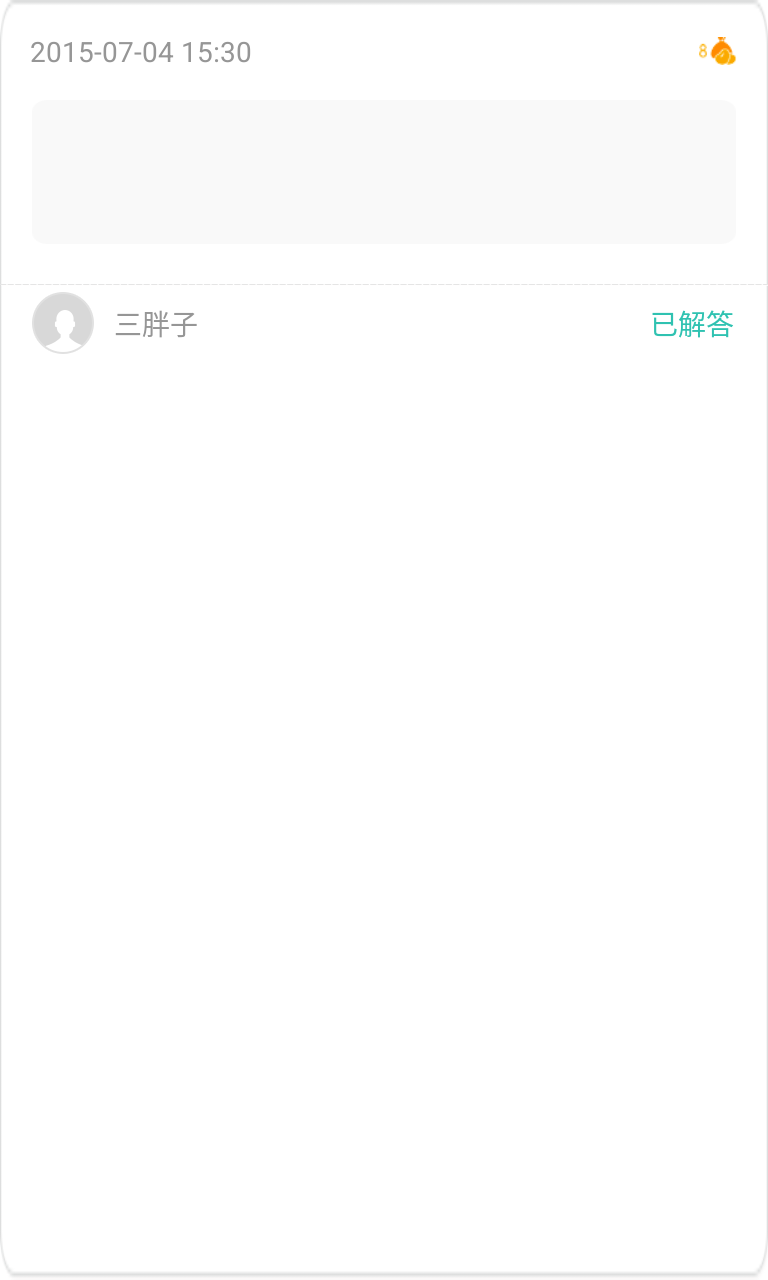
Repository: 2015-Forever/JWD
Layout: Jwd/res/layout/item_collect.xml
The author's editor kept a copy of each file at every save. The layout is drawn from the files as they stood at one save, then again after the next save.
It is drawn on a 768 x 1280 px phone screen (xhdpi) without system bars, with theme AppTheme; the app's code is not run.

Above is the layout before, as saved 2015-07-16 08:25:03.

### Jwd/res/layout/item_collect.xml
<?xml version="1.0" encoding="utf-8"?>
<RelativeLayout xmlns:android="http://schemas.android.com/apk/res/android"
    android:layout_width="match_parent"
    android:layout_height="wrap_content"
    android:background="@drawable/topic_rectangle" >

    <LinearLayout
        android:id="@+id/time_ll"
        android:layout_width="match_parent"
        android:layout_height="wrap_content"
        android:layout_marginLeft="15dp"
        android:layout_marginRight="15dp"
        android:gravity="center_vertical"
        android:orientation="horizontal"
        android:paddingBottom="15dp"
        android:paddingTop="16dp" >

        <TextView
            android:id="@+id/time_tv"
            android:layout_width="wrap_content"
            android:layout_height="wrap_content"
            android:text="2015-07-04 15:30"
            android:textColor="#969696" />

        <TextView
            android:layout_width="0dp"
            android:layout_height="wrap_content"
            android:layout_weight="1" />

        <ImageView
            android:layout_width="20dp"
            android:layout_height="14dp"
            android:background="@drawable/topic_integral" />
    </LinearLayout>

    <ImageView
        android:id="@+id/main_iv"
        android:layout_width="match_parent"
        android:layout_height="72dp"
        android:layout_below="@id/time_ll"
        android:layout_marginLeft="16dp"
        android:layout_marginRight="16dp"
        android:background="@drawable/topic_picture" />

    <View
        android:layout_width="match_parent"
        android:layout_height="1dp"
        android:layout_below="@id/main_iv"
        android:layout_marginTop="20dp"
        android:background="@drawable/topic_line" />

    <LinearLayout
        android:layout_width="match_parent"
        android:layout_height="wrap_content"
        android:layout_below="@id/main_iv"
        android:layout_marginBottom="4dp"
        android:layout_marginTop="24dp"
        android:gravity="center_vertical"
        android:orientation="horizontal" >

        <ImageView
            android:id="@+id/head_iv"
            android:layout_width="31dp"
            android:layout_height="31dp"
            android:layout_marginLeft="16dp"
            android:background="@drawable/topic_user" />

        <TextView
            android:id="@+id/teachername_tv"
            android:layout_width="wrap_content"
            android:layout_height="wrap_content"
            android:layout_marginLeft="10dp"
            android:text="三胖子"
            android:textColor="#969696" />

        <TextView
            android:layout_width="0dp"
            android:layout_height="wrap_content"
            android:layout_weight="1" />

        <TextView
            android:id="@+id/messagestate_tv"
            android:layout_width="wrap_content"
            android:layout_height="wrap_content"
            android:layout_marginRight="17dp"
            android:text="已解答"
            android:textColor="#2FC2B1"
            android:textSize="14sp" />
    </LinearLayout>

</RelativeLayout>

Loaded but not shown: Jwd/res/values/styles.xml (common file); Jwd/res/values-v11/styles.xml (common file); Jwd/res/values-v14/styles.xml (common file)

After the next save:
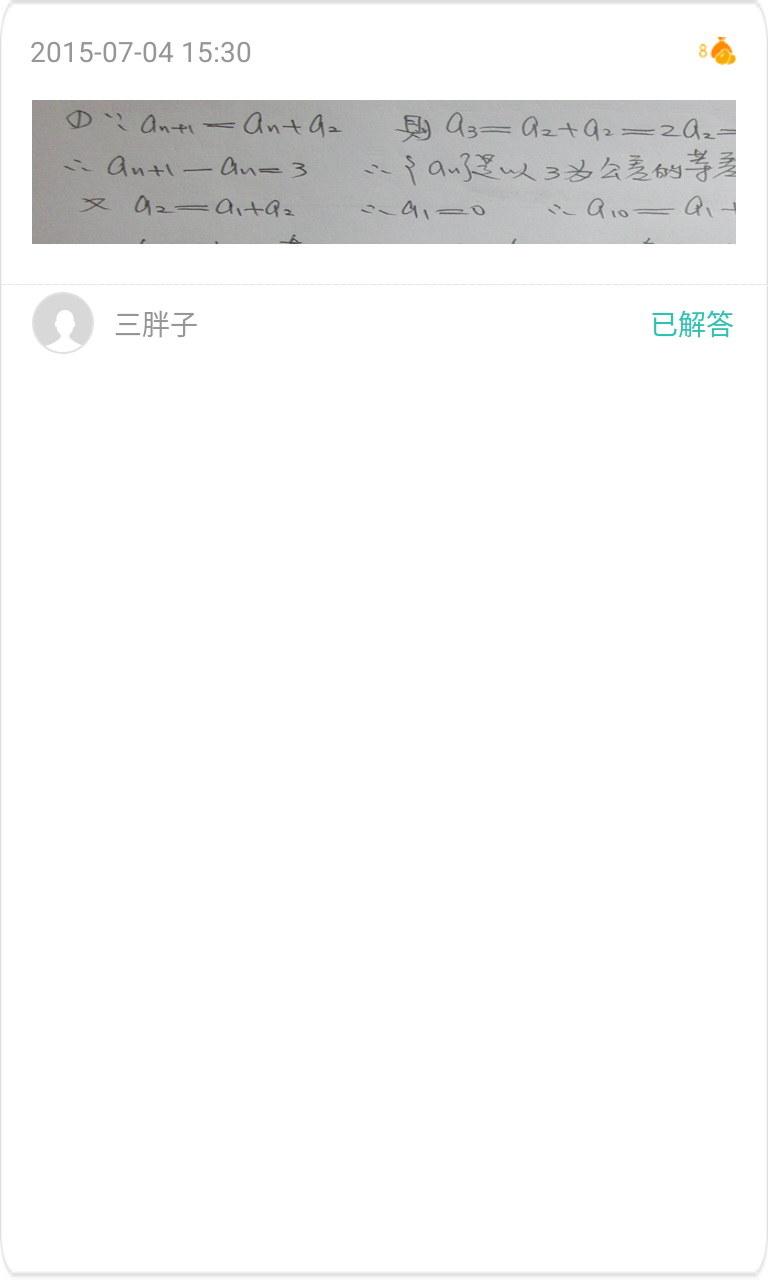
Saved 6 min 20 s later.
--- a/Jwd/res/layout/item_collect.xml
+++ b/Jwd/res/layout/item_collect.xml
@@ -40,7 +40,7 @@
         android:layout_below="@id/time_ll"
         android:layout_marginLeft="16dp"
         android:layout_marginRight="16dp"
-        android:background="@drawable/topic_picture" />
+        android:background="@drawable/banner" />
 
     <View
         android:layout_width="match_parent"

After the save that followed:
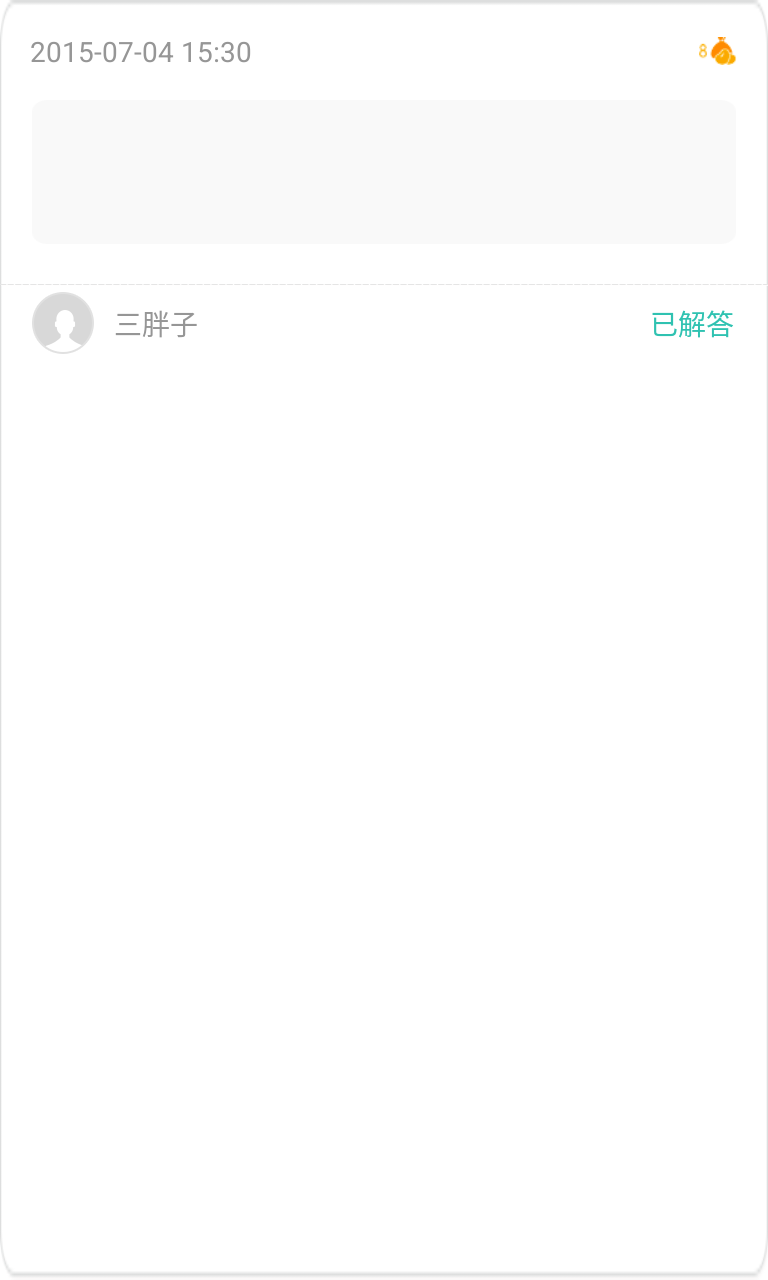
Saved 44 s later.
--- a/Jwd/res/layout/item_collect.xml
+++ b/Jwd/res/layout/item_collect.xml
@@ -40,7 +40,7 @@
         android:layout_below="@id/time_ll"
         android:layout_marginLeft="16dp"
         android:layout_marginRight="16dp"
-        android:background="@drawable/banner" />
+        android:background="@drawable/topic_picture" />
 
     <View
         android:layout_width="match_parent"
